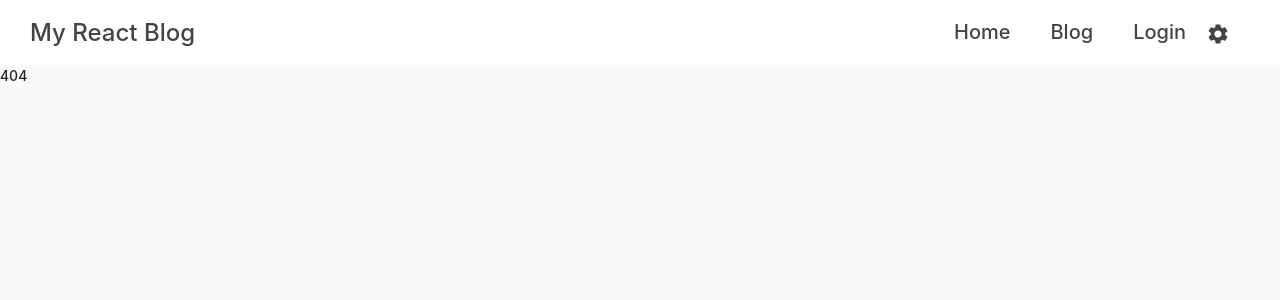
Repository: Kaycee-attah/react_blog
Page: /
These files come from the project's save history. The page is drawn as it stood at one moment and after the next save; the edit follows.
The browser window is 1280 px wide. The pictures show the whole page.
The project was rebuilt for these pictures with package versions that can differ from the ones it lists, and the page was loaded fresh each time.

Above is the page before, as saved 2021-10-09 18:10:46.

### src/index.js
import React from 'react';
import ReactDOM from 'react-dom';
import App from './App';
import reportWebVitals from './reportWebVitals';
import './assets/scss/base.scss';
import 'antd/dist/antd.css';
import "@quasar/extras/ionicons-v4/ionicons-v4.css";

ReactDOM.render(
  <React.StrictMode>
    <App />
  </React.StrictMode>,
  document.getElementById('root')
);

// If you want to start measuring performance in your app, pass a function
// to log results (for example: reportWebVitals(console.log))
// or send to an analytics endpoint. Learn more: https://bit.ly/CRA-vitals
reportWebVitals();

### src/App.js
import React, { useState, useEffect } from "react";
import Navigation from "./components/navigation";
import {BrowserRouter as Router, Switch, Route, Redirect} from 'react-router-dom';
import PageRenderer from "./page-renderer";
import {usersSelectedModeContext} from "./contexts/usersSelectedModeContext";
import {sidebarContext} from "./contexts/sidebarContext";
import { settingsContext } from "./contexts/settingsContext";
import {SwipeProvider} from "./contexts/swipeContext";

function App() {
  const [darkMode, setDarkMode] =useState(getInitialMode());
  const [menuActive, setMenuActive] = useState(false);
  const [settingsMenu, setSettingsMenu] = useState(false);
  useEffect(() => {
    localStorage.setItem('darkMode', JSON.stringify(darkMode));
    // return () => {
    //     cleanup
    // }
}, [darkMode])

function getInitialMode() {
    const savedMode = JSON.parse(localStorage.getItem('darkMode'));
    return savedMode || false;
};
  return (
    <Router>
      <div className={darkMode ? "App-darkMode" : "App-lightMode"}>
        <usersSelectedModeContext.Provider value={{darkMode, setDarkMode}}>
          <sidebarContext.Provider value={{menuActive, setMenuActive}}>
            < settingsContext.Provider value={{settingsMenu, setSettingsMenu}} >
              <SwipeProvider>
                <Navigation/>
                <Switch>
                  <Route path="/:page" component={PageRenderer} />
                  <Route path="/" render={() => <Redirect to="/home" />} />
                  <Route component={() => 404} />
                </Switch>
              </SwipeProvider>
            </settingsContext.Provider>
          </sidebarContext.Provider>
        </usersSelectedModeContext.Provider>
      </div>
    </Router>

  );
}

export default App;

### src/assets/scss/base.scss
 @import './_variables';
 @import './_navigation';

 .App-darkMode {
    background-color: #1b2938;
 };

 .App-darkMode nav{
    background-color: #1b2938;
 };

 .App-darkMode nav .settings-dropDown-Menu-Card-true .settings-dropDown-Menu{
    background-color: #1b2938;
 };

 @media screen and (max-width: 900px) {
   .App-darkMode nav .menu-content-container {
      background-color: #1b2938;
   }
 }

 html body{
     font-family: -apple-system, BlinkMacSystemFont, 'Segoe UI', Roboto, Oxygen, Ubuntu, Cantarell, 'Open Sans', 'Helvetica Neue', sans-serif;
     font-weight: 500;
     margin: 0;
     background-color: $body-background-color;
 };

### src/components/navigation.js
import React, { useContext } from "react";
import { IoIosMenu } from "react-icons/io"
import { Sidebar } from "./Sidebar";
import { sidebarContext } from "../contexts/sidebarContext";
import { useSwipe } from "../contexts/swipeContext";
import { AiOutlineMore } from "react-icons/ai";
import { MdOutlineMenuOpen } from "react-icons/md";
import { settingsContext } from "../contexts/settingsContext";
import { Avatar } from 'antd';
import { UserOutlined } from '@ant-design/icons';
import { MdLightMode, MdNightlight } from "react-icons/md";
import { usersSelectedModeContext } from "../contexts/usersSelectedModeContext";

export default function Navigation(){
    const {menuActive, setMenuActive} = useContext(sidebarContext);
    const {settingsMenu, setSettingsMenu} = useContext(settingsContext);
    const {darkMode, setDarkMode} = useContext(usersSelectedModeContext);
    const { handleTouchStart } = useSwipe();
    const { handleTouchEnd } = useSwipe();
    const { handleTouchMove } = useSwipe();

    function handleMore() {
        setSettingsMenu(!settingsMenu);
    };
    return(

        <nav onTouchStart={handleTouchStart} onTouchEnd={handleTouchEnd} onTouchMove={handleTouchMove} className='Blog-Navigation'>
            <span onClick={() => setMenuActive(!menuActive)} className={`menu-icon ${!menuActive && 'active'}`}>
                <IoIosMenu style={{display: !menuActive ? "flex" : "none"}}/>
                <MdOutlineMenuOpen style={{display: menuActive ? "flex" : "none"}}/>
            </span>
            <span className="menu-title">My React Blog</span>
            <span className={`more-icon`} onClick={handleMore}>
                <AiOutlineMore />
            </span>
            <div className={`more-icon-dropDown-Menu-Card-${settingsMenu}`}>
                        <div className="more-icon-dropDown-Menu">
                            <div className="users-avatar">
                                <Avatar icon={<UserOutlined />} size={38}/>
                                <span className="users-avatar-name">Attah Kelechi</span>
                            </div>
                            <div className="toggle-mode-wrapper">
                                <div className="toggle-mode-container">
                                    <MdLightMode />
                                    <label>
                                        <input checked={darkMode} type="checkbox"/>
                                        <span onClick={() => setDarkMode(prevMode => !prevMode)} className="check"></span>
                                    </label>
                                    <MdNightlight />
                                </div>
                            </div>
                        </div>
                    </div>
            <Sidebar />
        </nav>
    )
}

### src/page-renderer.js
import React from 'react';
import { useRouteMatch } from 'react-router-dom';

const generatePage = page => {
    const component = () => require(`./pages/${page}`).default

/*---------            this generates each page dynamically         ---------*/
    try {
        return React.createElement(component())
    } catch (error) {
        console.warn(error);
 /*---------            this creates the 404 page seen         ---------*/
        return React.createElement(() => 404)
    }
}

export default function PageRenderer() {

    const {
        params: { page }
    } = useRouteMatch()

    return generatePage(page)
}

### src/contexts/usersSelectedModeContext.js
import { createContext } from "react";

export const usersSelectedModeContext = createContext(null);

### src/contexts/sidebarContext.js
import { createContext } from "react";

export const sidebarContext = createContext(false);

### src/contexts/settingsContext.js
import { createContext } from "react";

export const settingsContext = createContext(null);

### src/contexts/swipeContext.js
import React, { useContext, useState } from 'react';
import { sidebarContext } from './sidebarContext';

const SwipeAbleContext = React.createContext();

export function useSwipe() {
    return useContext(SwipeAbleContext);
}

export function SwipeProvider({ children }) {
    const {menuActive, setMenuActive} = useContext(sidebarContext);
    const [touchStart, setTouchStart] = useState(0);
    const [touchEnd, setTouchEnd] = useState(0);

    function handleTouchStart(e) {
        setTouchStart(e.targetTouches[0].clientX)
    };

    function handleTouchMove(e) {
        setTouchEnd(e.targetTouches[0].clientX)
    };

    function handleTouchEnd() {
        if(touchStart - touchEnd > 150 && menuActive) {
            setMenuActive(false)

        }

        if(touchStart - touchEnd < -150 && !menuActive) {
            setMenuActive(true);

        }
    }


    const value = {
        handleTouchStart,
        handleTouchEnd,
        handleTouchMove
    }

    return (
        <SwipeAbleContext.Provider value={value}>
            {children}
        </SwipeAbleContext.Provider>
    )
}

### src/assets/scss/_variables.scss
/*      ----------      all colors for different points in the appliation(normal screen size eg laptops)      -----------------------------------------      */
$body-background-color: #f8f9fa;
$title-text-color: 65312F;
$input-type-checkbox-Checked: #f8f8f8;
$navigation-link-color-onHover: #2997ff;
$navigation-link-color: #444;
$navigation-background-color: white;
$settings-dropDown-Menu-Card-backGroundColor: #f8f8f8;
$settings-dropDown-Menu-backGroundColor: white;
$toggle-checkbox-darkMode-backgroundColor: #092c3e;
$toggle-checkbox-lightMode-backgroundColor: #f8f8f8;
$toggle-checkbox-lightMode-check-before-backgroundColor: #f8f8f8;
$toggle-checkbox-darkMode-check-after-backgroundColor: #092c3e;

/*      ----------      all colors for different points in the appliation(smaller screen sizes eg mobile devies, tablets)      -----------------------------------------      */
$sideBar-backgroundColor: white;

### src/assets/scss/_navigation.scss
.Blog-Navigation {
    height: 65px;
    width: 100%;
    background: $navigation-background-color;
    display: flex;
    justify-content: space-between;
    color: $navigation-link-color;

    .more-icon {
        display: none;
    };

    .more-icon-dropDown-Menu-Card-true {
        display: none;
    };

    .more-icon-dropDown-Menu-Card-false {
        display: none;
    }

    .menu-title {
        font-size: 24px;
        font-weight: 500;
        display: flex;
        align-items: center;
        margin-left: 30px;
        color: $title-text-color;
    };

    .menu-content-container {
        display: flex;
        align-items: center;
        padding-right: 30px;
        ul {
            height: 100%;
            margin-block-start: 0;
            margin-block-end: 0;
            padding-inline-start: 0;
            display: flex;
            align-items: center;
            list-style-type: none;
            padding-right: 20px;

            a {
                text-decoration: none;
                padding: 0 20px 0 20px;
                font-size: 20px;
                color: $navigation-link-color;

                &:hover {
                    color: $navigation-link-color-onHover;
                };

            };

            .settings-icon {
                margin-top: 10px;
                font-size: 24px;
                font-weight: 500;
                position: relative;
            };

            .settings-dropDown-Menu-Card-true {
                background-color: $settings-dropDown-Menu-Card-backGroundColor;
                position: absolute;
                display: flex;
                justify-content: center;
                align-items: center;
                height: 150px;
                width: 20%;
                right: 1%;
                top: 65px;
                border-radius: 7px;


                .settings-dropDown-Menu {
                    background-color: $settings-dropDown-Menu-backGroundColor;
                    height: 84%;
                    width: 94%;
                    display: flex;
                    flex-direction: column;
                    justify-content: space-around;
                    align-items: center;
                    border-radius: 7px;
                    box-sizing: border-box;
                    box-shadow: 0 9px 12px rgba(0, 0, 0, 0.16), 0 3px 6px rgba(0, 0, 0, 0.23);

                    .users-avatar {
                        padding-top: 8px;
                        display: flex;
                        flex-direction: column;
                        justify-content: space-around;
                        align-items: center;
                        height: 60%;
                        width: 100%;

                        .ant-avatar {
                            border: 1px solid
                        };
                        .ant-avatar-icon {
                            margin: 0;

                            .anticon {
                                margin: 3.3px
                            }
                        }
                        .users-avatar-name {
                            font-size: 16.5px
                        };
                    };

                    .toggle-mode-wrapper {
                        height: 100%;
                        width: 100%;
                        display: flex;
                        justify-content: center;
                        align-items: center;

                        .toggle-mode-container {
                            height: 100%;
                            width: 80%;
                            display: flex;
                            flex-direction: row;
                            justify-content: space-around;
                            align-items: center;
                            border-top: 3px solid #f5f2f2;
                            padding-top: 4px;

                            input[type="checkbox"] {
                                -webkit-appearance: none;
                                visibility: hidden;
                                display: none;
                            };

                            .check {
                                position: relative;
                                display: block;
                                width: 40px;
                                height: 20px;
                                background: $toggle-checkbox-darkMode-backgroundColor;
                                cursor: pointer;
                                border-radius: 20px;
                                overflow: hidden;
                                transition: ease-in 0.5s
                            };

                            input[type="checkbox"]:checked ~ .check {
                                background: $input-type-checkbox-Checked;
                            };

                            .check:before {
                                content: "";
                                position: absolute;
                                top: 2px;
                                left: 2px;
                                background: $toggle-checkbox-lightMode-check-before-backgroundColor;
                                width: 16px;
                                height: 16px;
                                border-radius: 50%;
                                transition: 0.5s
                            };

                            input[type="checkbox"]:checked ~ .check:before {
                                transform: translateX(20px)
                            };

                            .check::after {
                                content: "";
                                position: absolute;
                                top: 2px;
                                left: 2px;
                                background: $toggle-checkbox-darkMode-check-after-backgroundColor;
                                width: 16px;
                                height: 16px;
                                border-radius: 50%;
                                transition: 0.5s;
                                transform: translateX(-20px)
                            };

                            input[type="checkbox"]:checked ~ .check::after {
                                transform: translateX(20px)
                            }
                        };
                    };
                };
            };

            .settings-dropDown-Menu-Card-false {
                display: none;
            };
        };
    };

    .menu-icon {
        margin-top: 10px;
        font-size: 33px;
        display: none;
        cursor: pointer
    };

};

@media screen and (max-width: 900px) {
    .Blog-Navigation {
        // position: relative;

        .menu-icon {
            display: flex;
                margin-left: 10px;
                margin-top: 0;
                justify-content: flex-end;
                align-items: center;
                position: relative;

            // &.active {
            //     display: flex;
            //     margin-left: 10px;
            //     margin-top: 0;
            //     justify-content: flex-end;
            //     align-items: center;

            // };
        };

        .menu-title {
            margin-left: 0;


        };
        .more-icon {
            display: flex;
            font-size: 32px;
            justify-content: center;
            align-items: center;
            margin-right: 10px;
            position: relative;
            cursor: pointer;
        };

        .more-icon-dropDown-Menu-Card-true {
            background-color: $settings-dropDown-Menu-Card-backGroundColor;
            position: absolute;
            display: flex;
            justify-content: center;
            align-items: center;
            height: 150px;
            width: 50%;
            right: 1%;
            top: 65px;
            border-radius: 7px;


            .more-icon-dropDown-Menu {
                background-color: $settings-dropDown-Menu-backGroundColor;
                height: 84%;
                width: 94%;
                display: flex;
                flex-direction: column;
                justify-content: space-around;
                align-items: center;
                border-radius: 7px;
                box-sizing: border-box;
                box-shadow: 0 9px 12px rgba(0, 0, 0, 0.16), 0 3px 6px rgba(0, 0, 0, 0.23);

                .users-avatar {
                    padding-top: 8px;
                    display: flex;
                    flex-direction: column;
                    justify-content: space-around;
                    align-items: center;
                    height: 60%;
                    width: 100%;

                    .ant-avatar {
                        border: 1px solid
                    };
                    .ant-avatar-icon {
                        margin: 0;

                        .anticon {
                            margin: 3.3px
                        }
                    }
                    .users-avatar-name {
                        font-size: 16.5px
                    };
                };

                .toggle-mode-wrapper {
                    height: 100%;
                    width: 100%;
                    display: flex;
                    justify-content: center;
                    align-items: center;

                    .toggle-mode-container {
                        height: 100%;
                        width: 80%;
                        display: flex;
                        flex-direction: row;
                        justify-content: space-around;
                        align-items: center;
                        border-top: 3px solid #f5f2f2;
                        padding-top: 4px;

                        input[type="checkbox"] {
                            -webkit-appearance: none;
                            visibility: hidden;
                            display: none;
                        };

                        .check {
                            position: relative;
                            display: block;
                            width: 40px;
                            height: 20px;
                            background: $toggle-checkbox-darkMode-backgroundColor;
                            cursor: pointer;
                            border-radius: 20px;
                            overflow: hidden;
                            transition: ease-in 0.5s
                        };

                        input[type="checkbox"]:checked ~ .check {
                            background: $input-type-checkbox-Checked;
                        };

                        .check:before {
                            content: "";
                            position: absolute;
                            top: 2px;
                            left: 2px;
                            background: $toggle-checkbox-lightMode-check-before-backgroundColor;
                            width: 16px;
                            height: 16px;
                            border-radius: 50%;
                            transition: 0.5s
                        };

                        input[type="checkbox"]:checked ~ .check:before {
                            transform: translateX(20px)
                        };

                        .check::after {
                            content: "";
                            position: absolute;
                            top: 2px;
                            left: 2px;
                            background: $toggle-checkbox-darkMode-check-after-backgroundColor;
                            width: 16px;
                            height: 16px;
                            border-radius: 50%;
                            transition: 0.5s;
                            transform: translateX(-20px)
                        };

                        input[type="checkbox"]:checked ~ .check::after {
                            transform: translateX(20px)
                        }
                    };
                };
            };
        };

        .more-icon-dropDown-Menu-Card-false {
            display: none;
        };

        .menu-content-container {
            width: 300px;
            height: calc(100% - 65px);
            background: $sideBar-backgroundColor;
            position: absolute;
            top: 65px;
            left: -300px;
            transition: 300ms ease left;
            flex-direction: column-reverse;
            padding: 0;

            &.active {
                left: 0px;
            };

            li {
                height: 65px;
                display: flex;
                align-items: center;
                justify-content: center;

                a {
                    width: 100%;
                    padding: 0;
                    display: flex;
                align-items: center;
                justify-content: center;

                };
            }

            ul {
                flex-direction: column;
                justify-content: flex-start;
                padding: 30px 0 0 0;


                .settings-icon {
                    display: none;
                };

                .settings-dropDown-Menu-Card-true {
                    display: none;
                };

                .settings-dropDown-Menu-Card-false {
                    display: none;
                };
            };

            ul,li{
                width: 100%;
            }

        };
    };
};

@media screen and (max-width: 400px) {
    .Blog-Navigation {

        .more-icon-dropDown-Menu-Card-true {
            width: 80%;
        };

        .menu-content-container {
            width: 230px;
        }
    };
};

### src/components/Sidebar.js
import React,{ useContext } from 'react';
import { Link } from "react-router-dom";
import { Avatar } from 'antd';
import { UserOutlined } from '@ant-design/icons';
import { MdLightMode, MdNightlight, MdSettings } from "react-icons/md";
import { usersSelectedModeContext } from "../contexts/usersSelectedModeContext";
import {sidebarContext} from "../contexts/sidebarContext";
import { settingsContext } from '../contexts/settingsContext';

const navigation_links = [
    {
        title: 'Home',
        path: './'
    },
    {
        title: 'Blog',
        path: './blog'
    },
    {
        title: 'Login',
        path: './login'
    }
]

export function Sidebar() {
    const {settingsMenu, setSettingsMenu} = useContext(settingsContext);
    const {darkMode, setDarkMode} = useContext(usersSelectedModeContext);
    const {menuActive} = useContext(sidebarContext);

    // const handleClick = useCallback((e) => {
    //     if (node1.current.contains(e.target)) {
    //         setMenuActive(true);
    //     };
    //   },[setMenuActive]);

    // useEffect(() => {
    //     // add when mounted
    //     document.addEventListener("touchstart", handleClick);
    //     // return function to be called when unmounted
    //     return () => {
    //       document.removeEventListener("touchend", handleClick);
    //     };
    //   }, [handleClick]);

    function handleSettings() {
        setSettingsMenu(!settingsMenu);
    };
    return (
        <div className={`menu-content-container ${menuActive && 'active'}`}>
                <ul>
                    {
                        navigation_links.map((link, index) => (
                            <li key={index}>
                                <Link to={link.path}>{link.title}</Link>
                            </li>
                        ))
                    }
                    <span className="settings-icon" onClick={handleSettings}>
                        <MdSettings />

                    </span>
                    <div className={`settings-dropDown-Menu-Card-${settingsMenu}`}>
                        <div className="settings-dropDown-Menu">
                            <div className="users-avatar">
                                <Avatar icon={<UserOutlined />} size={38}/>
                                <span className="users-avatar-name">Attah Kelechi</span>
                            </div>
                            <div className="toggle-mode-wrapper">
                                <div className="toggle-mode-container">
                                    <MdLightMode />
                                    <label>
                                        <input checked={darkMode} type="checkbox"/>
                                        <span onClick={() => setDarkMode(prevMode => !prevMode)} className="check"></span>
                                    </label>
                                    <MdNightlight />
                                </div>
                            </div>
                        </div>
                    </div>
                </ul>
            </div>
    )
}

Loaded but not shown: src/reportWebVitals.js (common file)

After the next save:
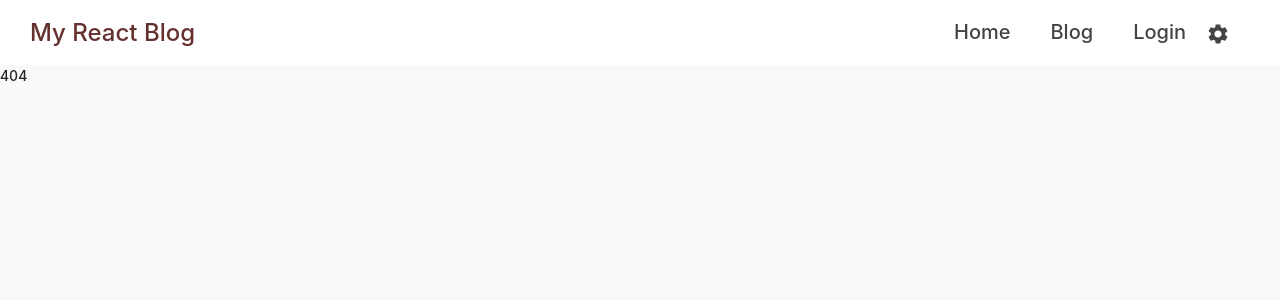
Saved 8 s later.
--- a/src/assets/scss/_variables.scss
+++ b/src/assets/scss/_variables.scss
@@ -1,6 +1,6 @@
 /*      ----------      all colors for different points in the appliation(normal screen size eg laptops)      -----------------------------------------      */
 $body-background-color: #f8f9fa;
-$title-text-color: 65312F;
+$title-text-color: #65312F;
 $input-type-checkbox-Checked: #f8f8f8;
 $navigation-link-color-onHover: #2997ff;
 $navigation-link-color: #444;
